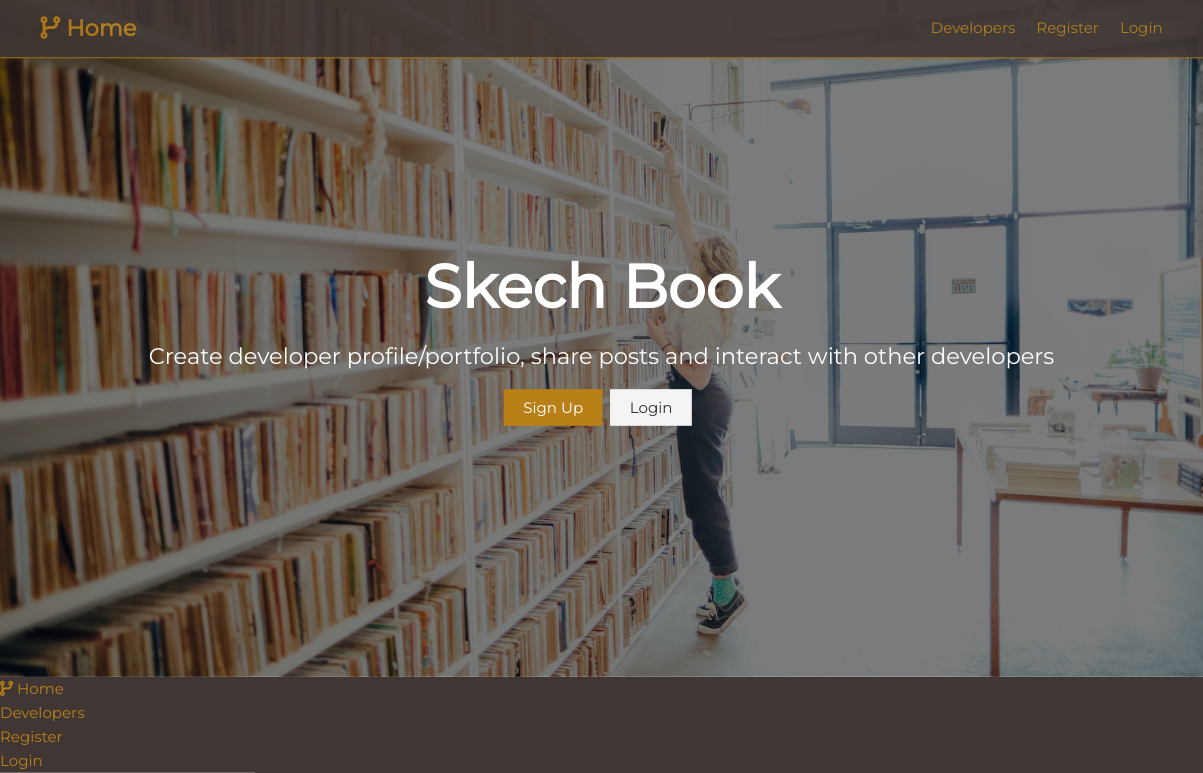
Repository: devnight0913/skechbook
Page: / (app in client/)
The author's editor kept a copy of each file at every save. The page is drawn from the files as they stood at one save, then again after the next save.
The browser window is 1280 px wide. The pictures show the whole page, at 94% of full size.
Some web libraries are served in a nearby version. The project was rebuilt for these pictures with package versions that can differ from the ones it lists, and the page was loaded fresh each time. Also part of the build but not shown: client/src/components/auth/Login.js, client/src/components/auth/Register.js, client/src/components/dashboard/DashboardActions.js, client/src/actions/profile.js, client/src/utils/formatDate.js, client/src/components/dashboard/Experience.js, client/src/components/dashboard/Education.js, client/src/components/dashboard/Dashboard.js and 21 more.

Above is the page before, as saved 2023-07-23 11:52:31.

After the next save:
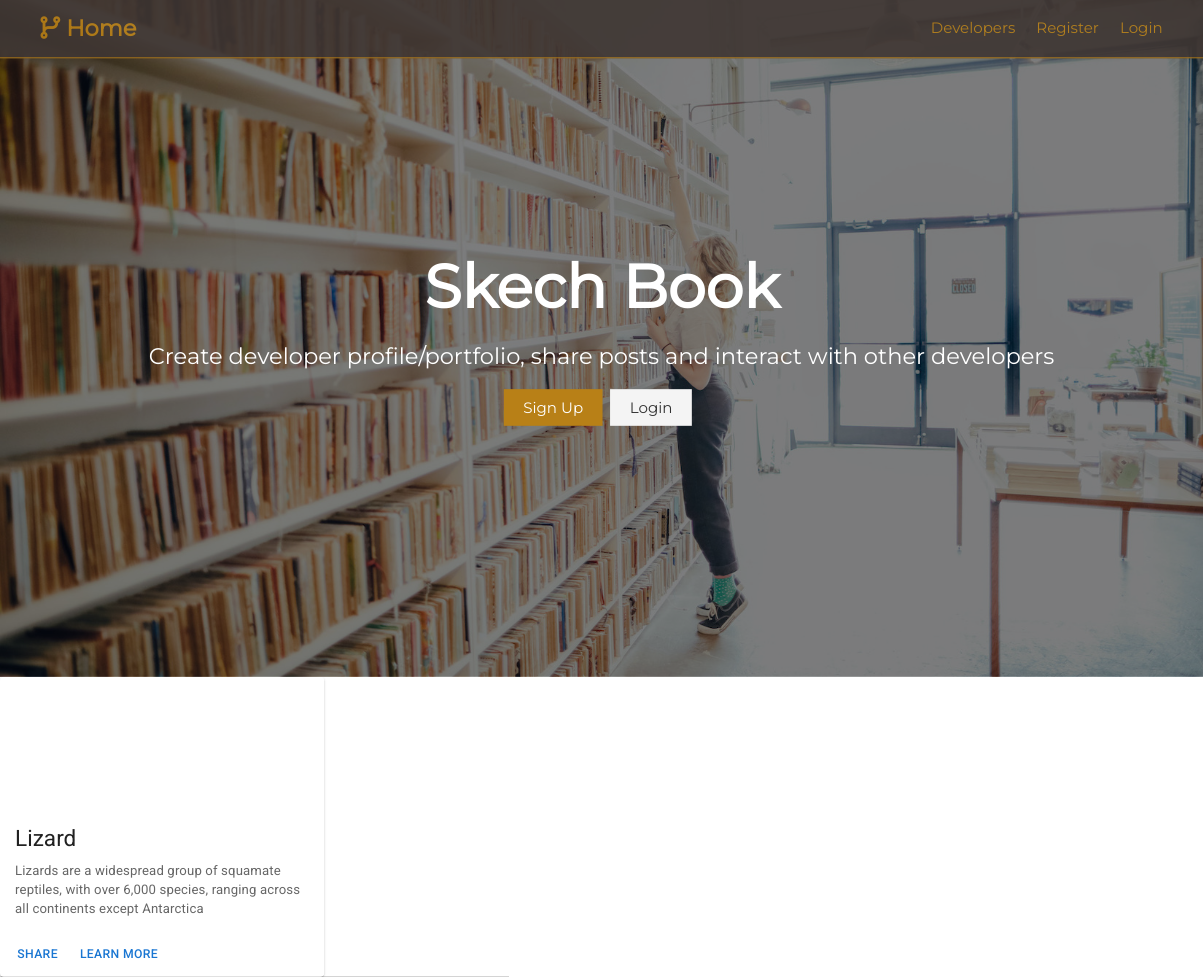
Not found: static/images/cards/contemplative-reptile.jpg
Saved 16 min 50 s later.
--- a/client/src/components/layout/Footer.js
+++ b/client/src/components/layout/Footer.js
@@ -1,28 +1,32 @@
-import { Link } from "react-router-dom";
+import * as React from 'react';
+import Card from '@mui/material/Card';
+import CardActions from '@mui/material/CardActions';
+import CardContent from '@mui/material/CardContent';
+import CardMedia from '@mui/material/CardMedia';
+import Button from '@mui/material/Button';
+import Typography from '@mui/material/Typography';
 
-const Footer = () => {
+export default function MediaCard() {
   return (
-    <div className="bg-dark">
-      <ul>
-        <li>
-          <Link to="/">
-            <i className="fas fa-code-branch" /> Home
-          </Link>
-        </li>
-        <li>
-          <Link to="/profiles">Developers</Link>
-        </li>
-
-        <li>
-          <Link to="/register">Register</Link>
-        </li>
-
-        <li>
-          <Link to="/login">Login</Link>
-        </li>
-      </ul>
-    </div>
+    <Card sx={{ maxWidth: 345 }}>
+      <CardMedia
+        sx={{ height: 140 }}
+        image="/static/images/cards/contemplative-reptile.jpg"
+        title="green iguana"
+      />
+      <CardContent>
+        <Typography gutterBottom variant="h5" component="div">
+          Lizard
+        </Typography>
+        <Typography variant="body2" color="text.secondary">
+          Lizards are a widespread group of squamate reptiles, with over 6,000
+          species, ranging across all continents except Antarctica
+        </Typography>
+      </CardContent>
+      <CardActions>
+        <Button size="small">Share</Button>
+        <Button size="small">Learn More</Button>
+      </CardActions>
+    </Card>
   );
-};
-
-export default Footer;
+}

After the save that followed:
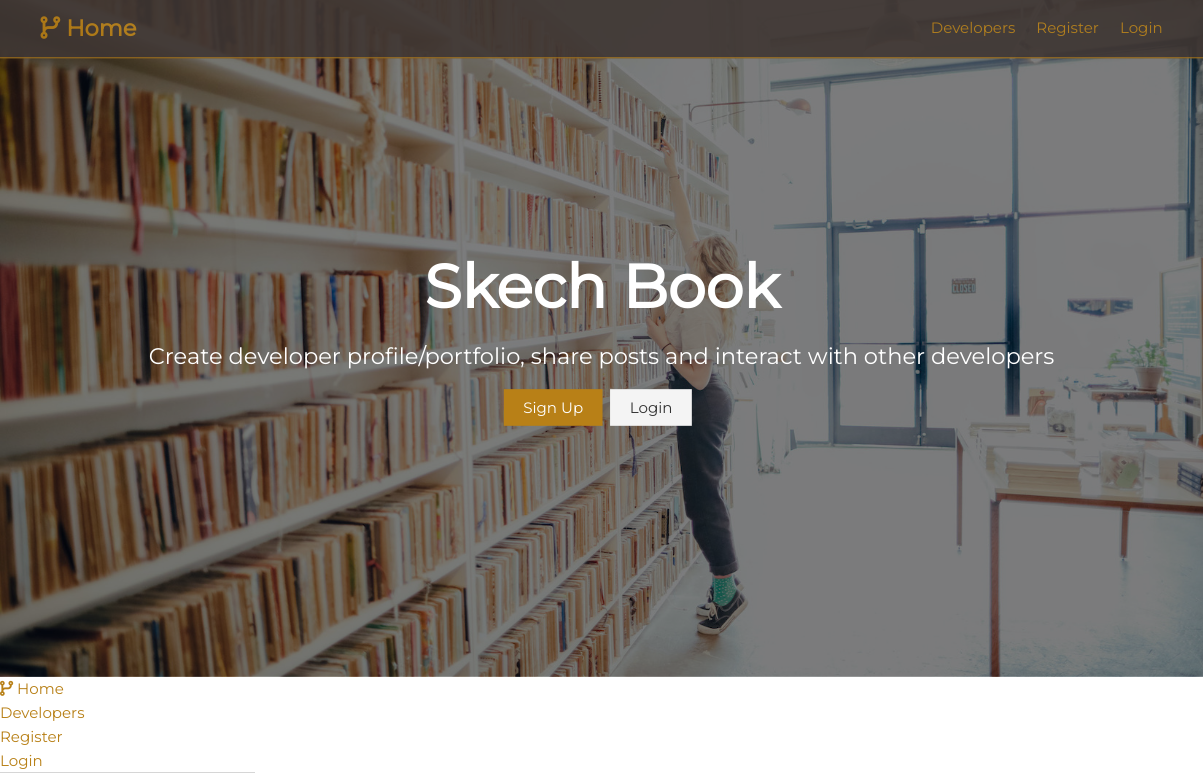
Saved 33 s later.
--- a/client/src/components/layout/Footer.js
+++ b/client/src/components/layout/Footer.js
@@ -1,32 +1,28 @@
-import * as React from 'react';
-import Card from '@mui/material/Card';
-import CardActions from '@mui/material/CardActions';
-import CardContent from '@mui/material/CardContent';
-import CardMedia from '@mui/material/CardMedia';
-import Button from '@mui/material/Button';
-import Typography from '@mui/material/Typography';
+import { Link } from "react-router-dom";
 
-export default function MediaCard() {
+const Footer = () => {
   return (
-    <Card sx={{ maxWidth: 345 }}>
-      <CardMedia
-        sx={{ height: 140 }}
-        image="/static/images/cards/contemplative-reptile.jpg"
-        title="green iguana"
-      />
-      <CardContent>
-        <Typography gutterBottom variant="h5" component="div">
-          Lizard
-        </Typography>
-        <Typography variant="body2" color="text.secondary">
-          Lizards are a widespread group of squamate reptiles, with over 6,000
-          species, ranging across all continents except Antarctica
-        </Typography>
-      </CardContent>
-      <CardActions>
-        <Button size="small">Share</Button>
-        <Button size="small">Learn More</Button>
-      </CardActions>
-    </Card>
+    <div >
+      <ul>
+        <li>
+          <Link to="/">
+            <i className="fas fa-code-branch" /> Home
+          </Link>
+        </li>
+        <li>
+          <Link to="/profiles">Developers</Link>
+        </li>
+
+        <li>
+          <Link to="/register">Register</Link>
+        </li>
+
+        <li>
+          <Link to="/login">Login</Link>
+        </li>
+      </ul>
+    </div>
   );
-}
+};
+
+export default Footer;
